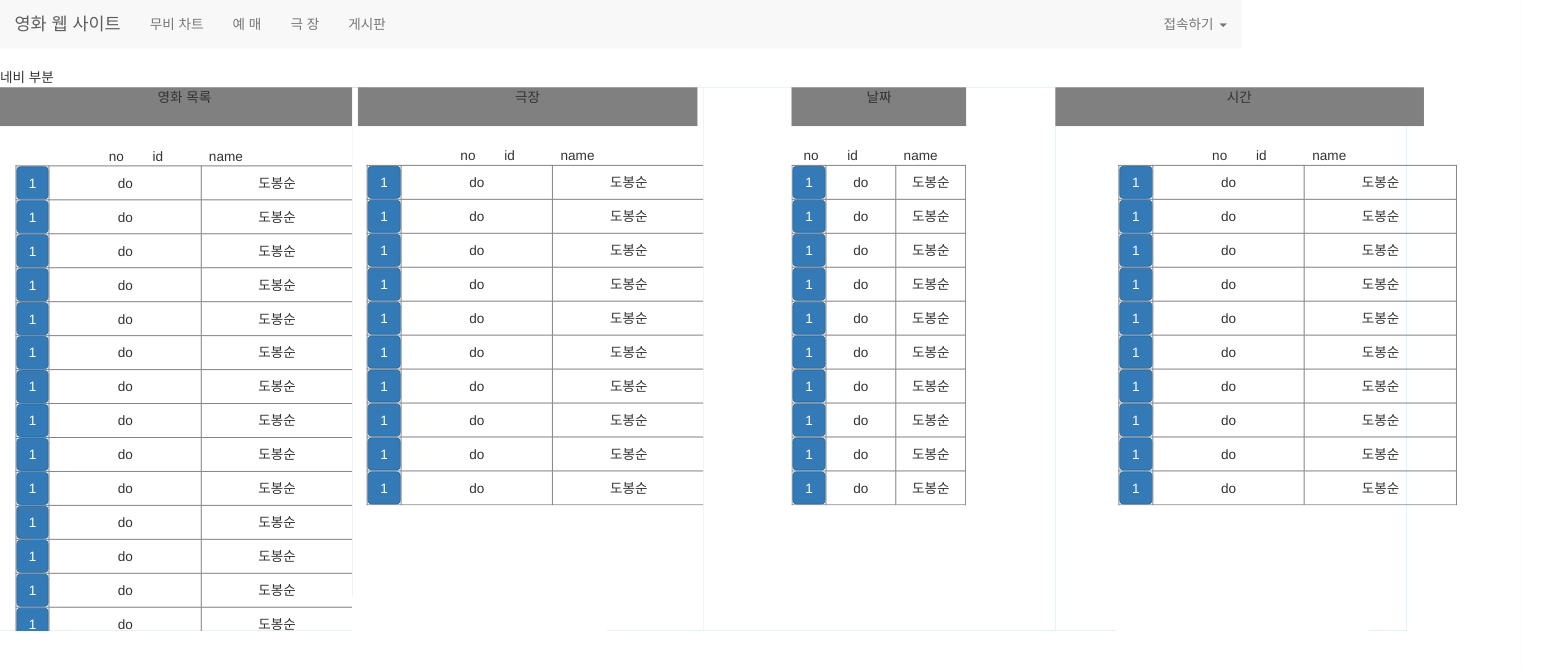
Repository: Gotaemin/java
Page: http://localhost/BBS/movieReserve.jsp
An editor plug-in stored every save of this project. The page is shown before and after the next save, followed by the edit.
The browser window is 1280 px wide. The page is 1568 px wide, then 1605 px, so the pictures cover 1605 px, including what lies to the right of the window. The pictures show the whole page, at 97% of full size.
Some web libraries are served in a nearby version. The page is served by Tomcat 9. Other server files are loaded and not shown.

Above is the page before, as saved 2020-03-16 07:15:46.

### BBS/BBS/WebContent/movieReserve.jsp
<%@ page language="java" contentType="text/html; charset=UTF-8"
	pageEncoding="UTF-8"%>

<%@ page import="java.io.PrintWriter"%>
<%@ taglib prefix="c" uri="http://java.sun.com/jsp/jstl/core"%>

<!DOCTYPE html>
<html>
<head>
<meta charset="UTF-8">

<meta name="viewport" content="width=device-width" ,initial-scale="1">
<link rel="stylesheet" href="css/bootstrap.css">

<style type="text/css">


#a th, #a td {
	border: 1px solid gray;
}
tr{
	text-align: center;
}

#movie_movieList {
	max-height: 500px;
	overflow-y: scroll;
	width: 380px;
}

#movie_Threater {
	max-height: 500px;
	overflow-y: scroll;
	width: 380px;
}

#movie_Date {
	max-height: 500px;
	overflow-y: scroll;
	width: 180px;
}

#movie_Time {
	max-height: 500px;
	overflow-y: scroll;
	width: 480px;
}

</style>
<title>Insert title here</title>
</head>
<body>
	<%
		String userID = null;
		if (session.getAttribute("userID") != null) {
			userID = (String) session.getAttribute("userID");
		}
	%>

	<script src="https://code.jquery.com/jquery-3.1.1.min.js"></script>
	<script src="js/bootstrap.js"></script>


	<nav class="navbr navbar-default" style="margin-bottom: 20px;">

		<div class="navbar-header">
			<button type="button" class="navbar-toggle collapsed"
				data-toggle="collapse" data-target="#bs-example-navbar-collapse-1"
				aria-expanded="false">
				<span class="icon-bar"></span> <span class="icon-bar"></span> <span
					class="icon-bar"></span>
			</button>
			<a class="navbar-brand" href="MovieMain.jsp">영화 웹 사이트</a>
		</div>


		<div class="collapse navbar-collapse"
			id="#bs-example-navbar-collapse-1">
			<ul class="nav navbar-nav">
				<li><a href="movieList.movie">무비 차트</a></li>
				<li><a href="#">예 매</a></li>
				<li><a href="#">극 장</a></li>
				<li><a href="bbs.jsp">게시판</a></li>
			</ul>

			<%
				if (userID == null) {
			%>
			<ul class="nav navbar-nav navbar-right">
				<li class="dropdown"><a href="#" class="dropdown-toggle"
					data-toggle="dropdown" role="button" aria-haspopup="true"
					aria-expanded="false">접속하기 <span class="caret"></span>
				</a>

					<ul class="dropdown-menu">
						<li><a href="login.jsp">로그인</a></li>
						<li><a href="join.jsp">회원가입</a></li>
					</ul></li>
			</ul>
			<%
				} else {
			%>
			<ul class="nav navbar-nav navbar-right">
				<li class="dropdown"><a href="#" class="dropdown-toggle"
					data-toggle="dropdown" role="button" aria-haspopup="true"
					aria-expanded="false">회원관리 <span class="caret"></span>
				</a>

					<ul class="dropdown-menu">
						<li><a href="logout.jsp">로그아웃</a></li>

					</ul></li>
			</ul>
			<%
				}
			%>

		</div>
	</nav>

	<div id="container">

		<div class="navi">네비 부분</div>


		<div class="test_body" style="display: table; table-layout: fixed; word-break: break-all; width: 1450px; height: 500px; background: skyblue">
			<div style="display: table-row;">

				<!-- 영화제목 리스트 출력 -->
				<div align=center style="display: table-cell; background: white;">
					<div class="test_content" style="width: 380px; height: 40px; background: gray; margin-bottom: 20px;">영화 목록</div>
					<div id="movie_movieList">
						<table>
							<colgroup>
								<col width="10%">
								<col width="45%">
								<col width="45%">
							</colgroup>
							<thead>
								<tr>
									<td>no</td>
									<td>id</td>
									<td>name</td>
								</tr>
							</thead>
						</table>
						<div>
							<table>
								<colgroup>
									<col width="10%">
									<col width="45%">
									<col width="45%">
								</colgroup>
								<tbody id="a">
									<%
										for (int i = 0; i < 20; i++) {
									%>
									<tr>
										<td><input class="btn btn-primary" type="button" value="1"></td>
										<td>do</td>
										<td>도봉순</td>
									</tr>

									<%
										}
									%>
								</tbody>
							</table>
						</div>
					</div>
				</div>

				<!-- 극장 리스트 출력 -->

				<div align=center style="display: table-cell; background: white;">
					<div class="test_content" style="width: 350px; height: 40px; background: gray; margin-bottom: 20px;"">극장</div>
					<div id="movie_Threater">
						<table>
							<colgroup>
								<col width="10%">
								<col width="45%">
								<col width="45%">
							</colgroup>
							<thead>
								<tr>
									<td>no</td>
									<td>id</td>
									<td>name</td>
								</tr>
							</thead>
						</table>
						<div>
							<table>
								<colgroup>
									<col width="10%">
									<col width="45%">
									<col width="45%">
								</colgroup>
								<tbody id="a">
									<%
										for (int i = 0; i < 10; i++) {
									%>
									<tr style="text-align: center;">
										<td><input class="btn btn-primary" type="button" value="1"></td>
										<td>do</td>
										<td>도봉순</td>
									</tr>

									<%
										}
									%>
								</tbody>
							</table>
						</div>
					</div>

				</div>




				<!-- 영화 상영 날짜 출력 -->
				<div align=center style="display: table-cell; background: white;">
					<div class="test_content" style="width: 180px; height: 40px; background: gray; margin-bottom: 20px;"">날짜</div>
					<div id="movie_Date">
						<table>
							<colgroup>
								<col width="10%">
								<col width="45%">
								<col width="45%">
							</colgroup>
							<thead>
								<tr>
									<td>no</td>
									<td>id</td>
									<td>name</td>
								</tr>
							</thead>
						</table>
						<div>
							<table>
								<colgroup>
									<col width="10%">
									<col width="45%">
									<col width="45%">
								</colgroup>
								<tbody id="a">
									<%
										for (int i = 0; i < 10; i++) {
									%>
									<tr style="text-align: center;">
										<td><input class="btn btn-primary" type="button" value="1"></td>
										<td>do</td>
										<td>도봉순</td>
									</tr>

									<%
										}
									%>
								</tbody>
							</table>
						</div>
					</div>

				</div>

				<!-- 영화 상영 가능 시간 출력 -->
				<div align=center style="display: table-cell; background: white;">
					<div class="test_content" style="width: 380px; height: 40px; background: gray; margin-bottom: 20px;"">시간</div>
					<div id="movie_Time">
						<table>
							<colgroup>
								<col width="10%">
								<col width="45%">
								<col width="45%">
							</colgroup>
							<thead>
								<tr>
									<td>no</td>
									<td>id</td>
									<td>name</td>
								</tr>
							</thead>
						</table>
						<div>
							<table>
								<colgroup>
									<col width="10%">
									<col width="45%">
									<col width="45%">
								</colgroup>
								<tbody id="a">
									<%
										for (int i = 0; i < 10; i++) {
									%>
									<tr style="text-align: center;">
										<td><input class="btn btn-primary" type="button" value="1"></td>
										<td>do</td>
										<td>도봉순</td>
									</tr>

									<%
										}
									%>
								</tbody>
							</table>
						</div>
					</div>
				</div>
			</div>

<!-- 			body -->
		</div>







	</div>



</body>
</html>

Loaded but not shown: BBS/BBS/WebContent/css/bootstrap.css (library); BBS/BBS/WebContent/js/bootstrap.js (library)

After the next save:
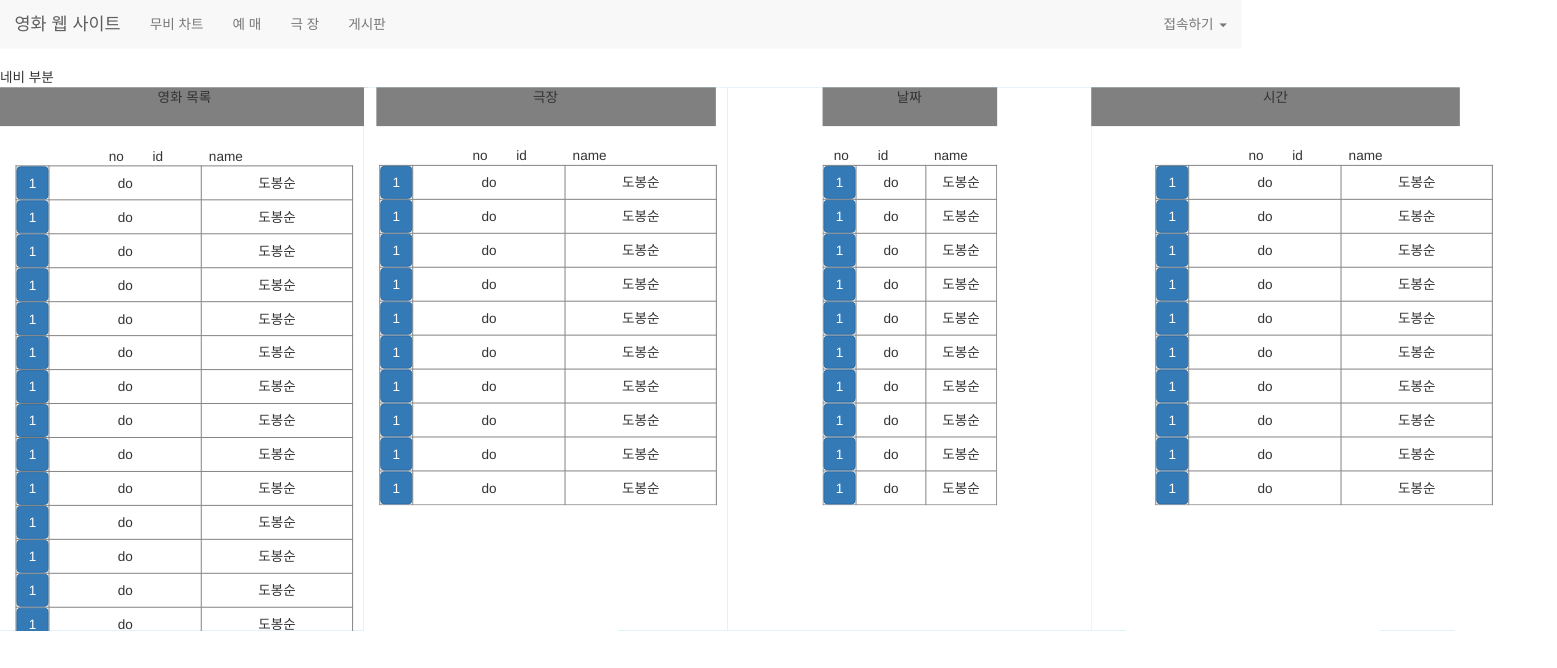
Saved 12 s later.
--- a/BBS/BBS/WebContent/movieReserve.jsp
+++ b/BBS/BBS/WebContent/movieReserve.jsp
@@ -123,7 +123,7 @@ tr{
 		<div class="navi">네비 부분</div>
 
 
-		<div class="test_body" style="display: table; table-layout: fixed; word-break: break-all; width: 1450px; height: 500px; background: skyblue">
+		<div class="test_body" style="display: table; table-layout: fixed; word-break: break-all; width: 1500px; height: 500px; background: skyblue">
 			<div style="display: table-row;">
 
 				<!-- 영화제목 리스트 출력 -->
